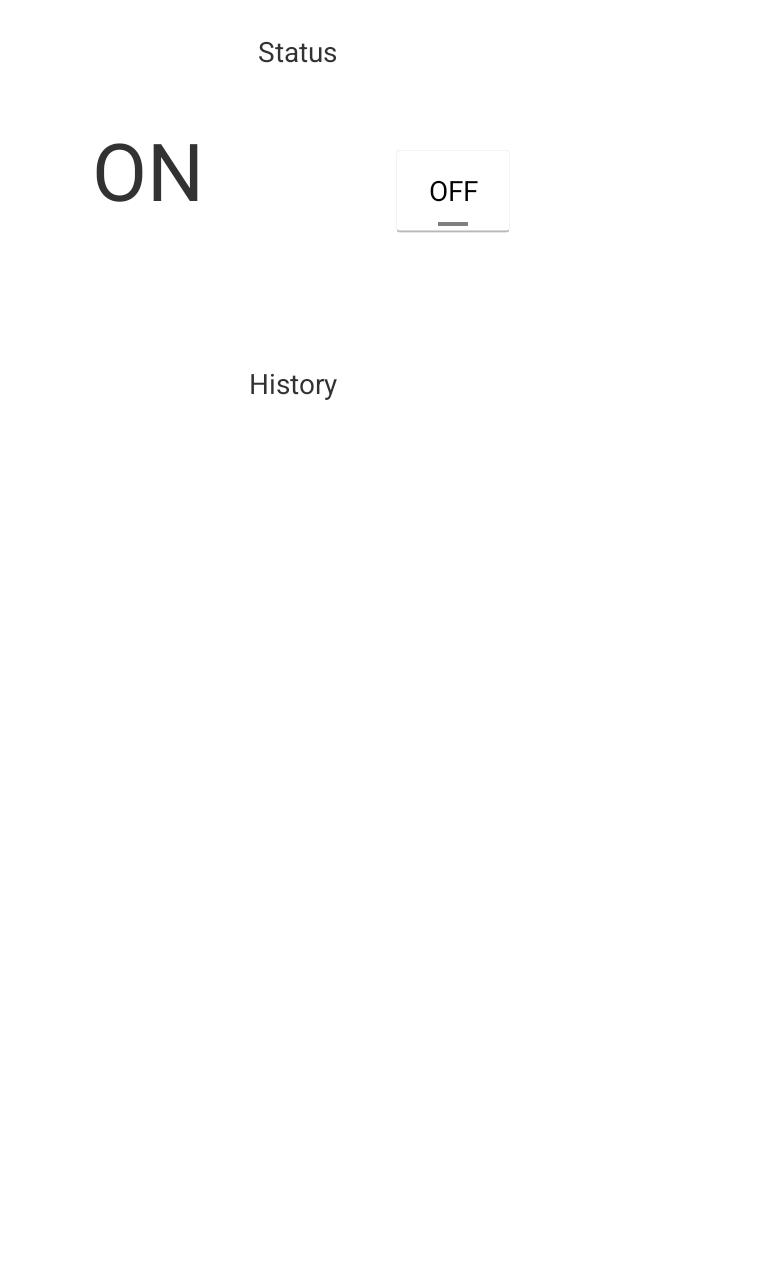
Repository: CTIS-SP-Team5/greenAgent
Layout: Android/GreenAgent/GreenAgent/res/layout/activity_actuator.xml
An editor plug-in stored every save of this project. The layout is shown before and after the next save, followed by the edit.
It is drawn on a 768 x 1280 px phone screen (xhdpi) without system bars, with theme AppTheme; the app's code is not run.

Above is the layout before, as saved 2014-05-05 17:36:59.

### Android/GreenAgent/GreenAgent/res/layout/activity_actuator.xml
<RelativeLayout xmlns:android="http://schemas.android.com/apk/res/android"
    xmlns:tools="http://schemas.android.com/tools"
    android:layout_width="match_parent"
    android:layout_height="match_parent"
    android:paddingBottom="@dimen/activity_vertical_margin"
    android:paddingLeft="@dimen/activity_horizontal_margin"
    android:paddingRight="@dimen/activity_horizontal_margin"
    android:paddingTop="@dimen/activity_vertical_margin"
    tools:context=".ActuatorActivity" >

    <TextView
        android:id="@+id/textView2"
        android:layout_width="wrap_content"
        android:layout_height="wrap_content"
        android:layout_alignParentLeft="true"
        android:layout_marginLeft="113dp"
        android:text="Status" />

    <TextView
        android:id="@+id/textView1"
        android:layout_width="wrap_content"
        android:layout_height="wrap_content"
        android:layout_alignParentLeft="true"
        android:layout_below="@+id/textView2"
        android:layout_marginLeft="30dp"
        android:layout_marginTop="23dp"
        android:text="ON"
        android:textSize="40dp"/>

    <ToggleButton
        android:id="@+id/toggleButton1"
        android:layout_width="wrap_content"
        android:layout_height="wrap_content"
        android:layout_alignBaseline="@+id/textView1"
        android:layout_alignBottom="@+id/textView1"
        android:layout_marginLeft="26dp"
        android:layout_toRightOf="@+id/textView2"
        android:text="ToggleButton" />

    <TextView
        android:id="@+id/textView3"
        android:layout_width="wrap_content"
        android:layout_height="wrap_content"
        android:layout_below="@+id/toggleButton1"
        android:layout_marginTop="63dp"
        android:layout_toLeftOf="@+id/toggleButton1"
        android:text="History" />

</RelativeLayout>

Loaded but not shown: Android/GreenAgent/GreenAgent/res/values/styles.xml (common file); Android/GreenAgent/GreenAgent/res/values-v11/styles.xml (common file); Android/GreenAgent/GreenAgent/res/values-v14/styles.xml (common file); Android/GreenAgent/GreenAgent/res/values/dimens.xml (common file)

After the next save:
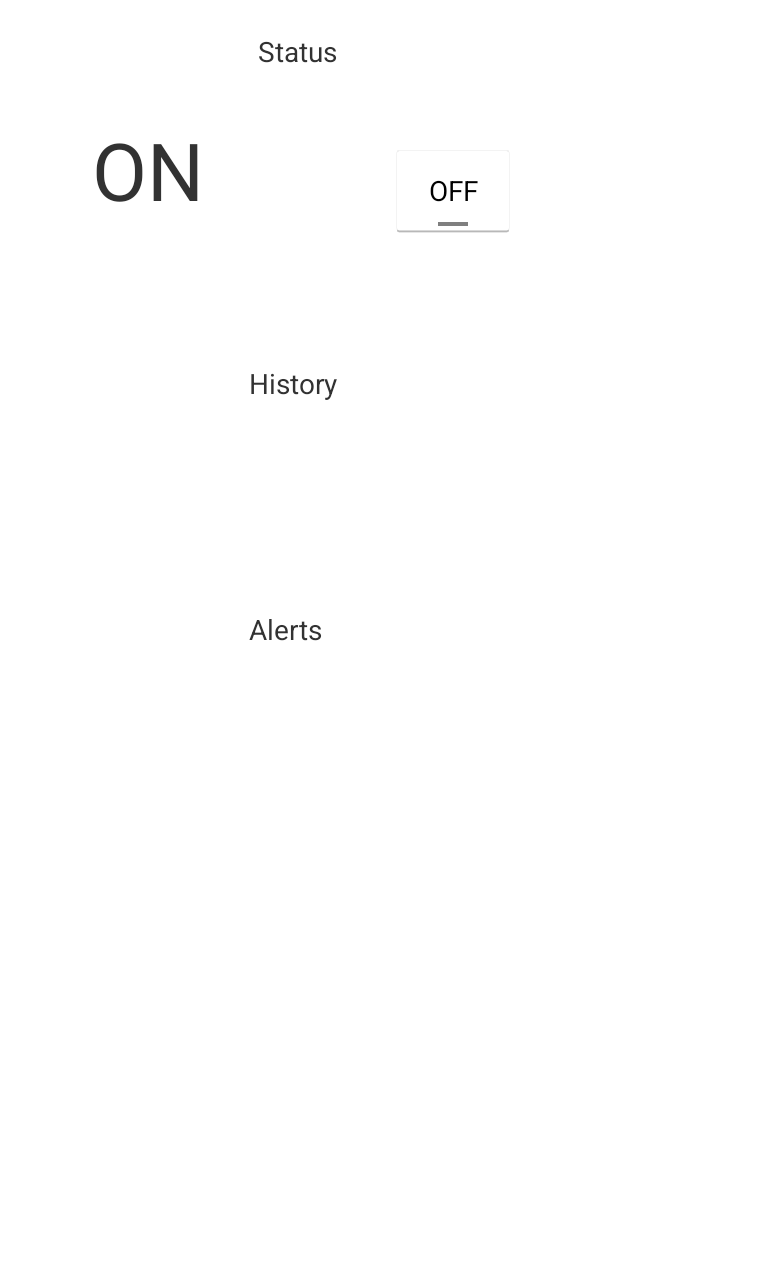
Saved 14 s later.
--- a/Android/GreenAgent/GreenAgent/res/layout/activity_actuator.xml
+++ b/Android/GreenAgent/GreenAgent/res/layout/activity_actuator.xml
@@ -46,4 +46,13 @@
         android:layout_toLeftOf="@+id/toggleButton1"
         android:text="History" />
 
+    <TextView
+        android:id="@+id/textView4"
+        android:layout_width="wrap_content"
+        android:layout_height="wrap_content"
+        android:layout_alignLeft="@+id/textView3"
+        android:layout_below="@+id/textView3"
+        android:layout_marginTop="104dp"
+        android:text="Alerts" />
+
 </RelativeLayout>
